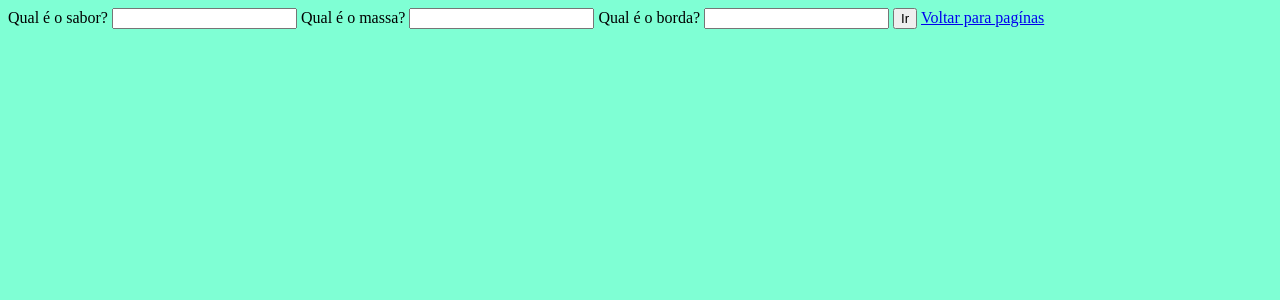
Repository: Andressa15/kk--andressa
Page: http://localhost/cadastrar
An editor plug-in stored every save of this project. The page is shown before and after the next save, followed by the edit.
The browser window is 1280 px wide. The pictures show the whole page.
The page is this project's Thymeleaf template; nobody is signed in. The template is opened directly, without the code that normally fills it, so the values that code supplies are empty.

Above is the page before, as saved 2019-06-28 19:27:31.

After the next save:
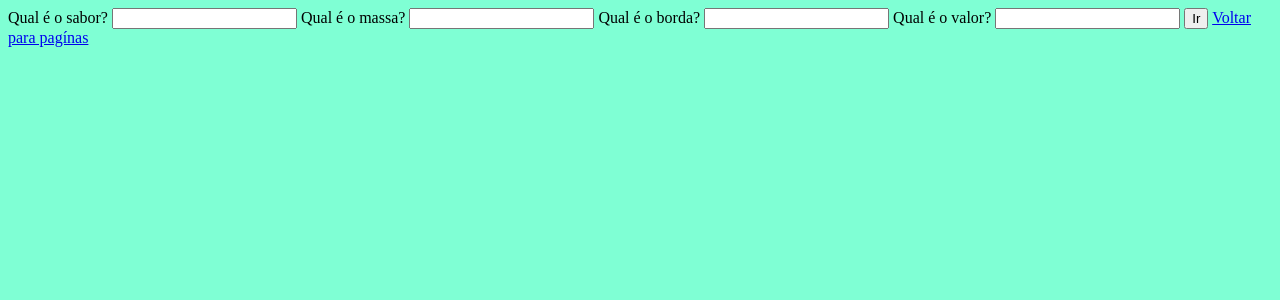
Saved 79 s later.
--- a/PizzariaDaAndressa/src/main/resources/templates/cadastrar.html
+++ b/PizzariaDaAndressa/src/main/resources/templates/cadastrar.html
@@ -13,6 +13,7 @@
         Qual é o sabor? <input type="text" name="sabor">
         Qual é o massa? <input type="text" name="massa">
         Qual é o borda? <input type="text" name="borda">
+        Qual é o valor? <input type="text" name="valor">
        <button type="submit">Ir</button>
        <a href="/voltar"> Voltar para pagínas </a>
       </form>
